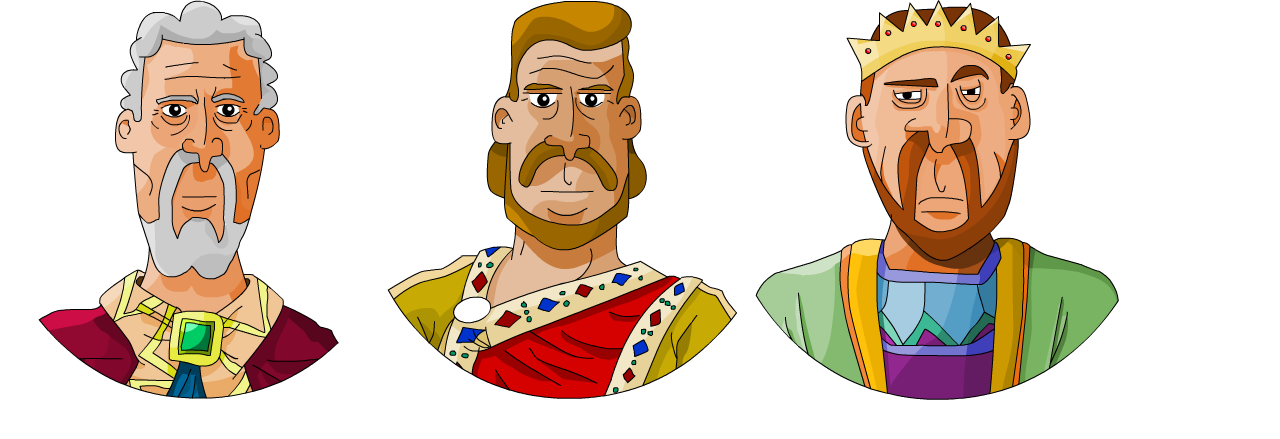
Repository: abgdev1997/ejercicios-react
Page: /
An editor plug-in stored every save of this project. The page is shown before and after the next save, followed by the edit.
The browser window is 1280 px wide. The pictures show the whole page.
The project was rebuilt for these pictures with package versions that can differ from the ones it lists, and the page was loaded fresh each time.

Above is the page before, as saved 2022-02-22 09:37:02.

After the next save:
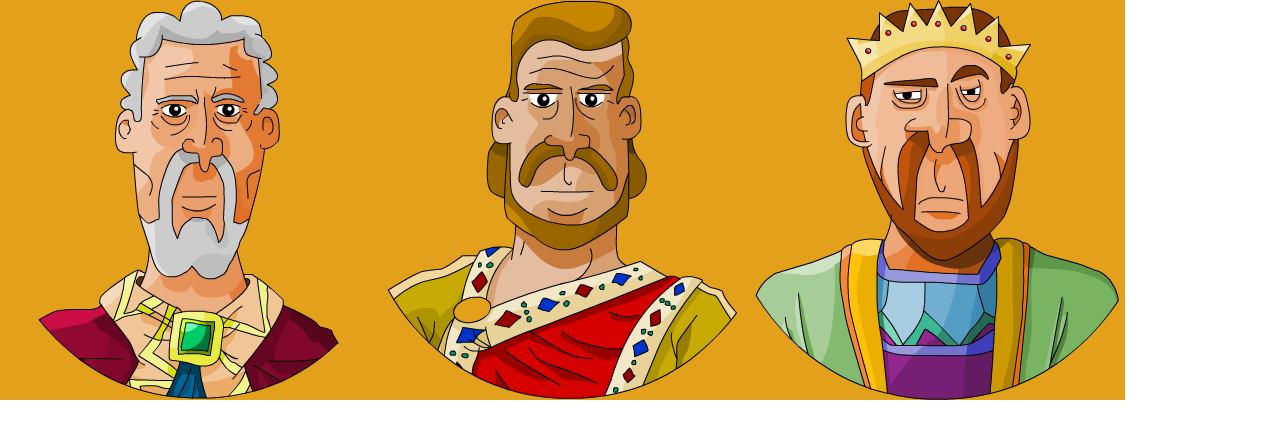
Saved 72 s later.
--- a/src/App.css
+++ b/src/App.css
@@ -3,5 +3,5 @@
 }
 
 .img{
-
+  background-color:#E3A11B;
 }
